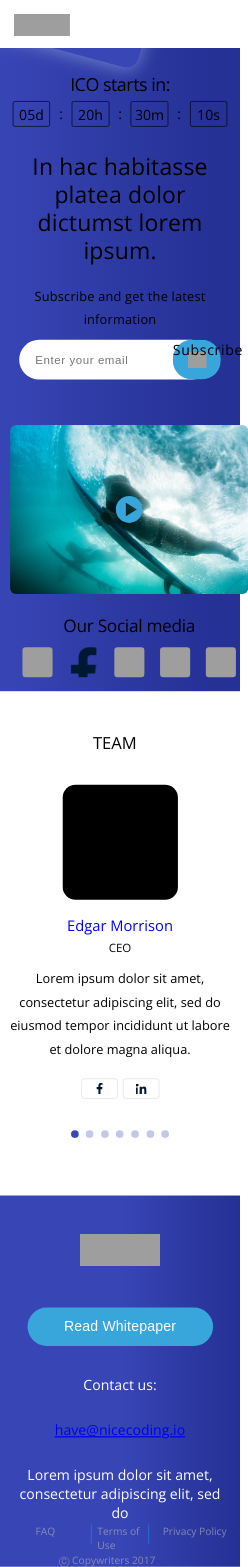
Repository: McGregorSt/newOne
Page: index.html
The author's editor kept a copy of each file at every save. The page is drawn from the files as they stood at one save, then again after the next save.
The browser window is 375 px wide. The page is 388 px wide, so the pictures cover 388 px, including what lies to the right of the window. The pictures show the whole page, at 64% of full size.
Pictures or frames that could not be fetched are drawn as grey boxes.

Above is the page before, as saved 2019-12-18 09:30:18.

### index.html
<!DOCTYPE html>
<html lang="en">
<head>
  <meta charset="UTF-8">
  <meta name="viewport" content="width=device-width, initial-scale=1.0">
  <meta http-equiv="X-UA-Compatible" content="ie=edge">
  <link rel="stylesheet" href="css/style.css">
  <link href="https://fonts.googleapis.com/css?family=Open+Sans:300,300i,400,400i,600,600i,700,700i,800,800i&display=swap" rel="stylesheet">
  <script
  src="https://code.jquery.com/jquery-3.4.1.js"
  integrity="sha256-WpOohJOqMqqyKL9FccASB9O0KwACQJpFTUBLTYOVvVU="
  crossorigin="anonymous"></script>
  <title>Ethworks</title>
</head>
<body>
    <section class="modal">
      <div class="modal__content">
        <iframe src="" frameborder="0" id="youtube"></iframe>
        <div class="overlay"></div>
      </div>
    </section>
    <section class="header">
      <div class="header__logo"></div>
      <ul class="header__menu">
        <li class="header__menu__item"><a href="#">Home</a></li>
        <li class="header__menu__item"><a href="#">Team</a></li>
        <li class="header__menu__item"><a href="#">Contact</a></li>
      </ul>
    </section>
    <section class="main">
        <div class="wrapper">
        <div class="subs">
          <div class="subs__timer">
            <span class="subs__timer__header">ICO starts in:</span>
            <div class="subs__timer__global">
              <div class="subs__timer__item subs__timer__item__dd">05d</div>
              <div class="subs__timer__item">:</div>
              <div class="subs__timer__item subs__timer__item__hh">20h</div>
              <div class="subs__timer__item">:</div>
              <div class="subs__timer__item subs__timer__item__mm">30m</div>
              <div class="subs__timer__item">:</div>
              <div class="subs__timer__item subs__timer__item__ss">15s</div>
            </div>
          </div>
          <div class="subs__article">In hac habitasse platea dolor dictumst lorem ipsum.</div>
          <div class="subs__email">
            <span class="subs__email__header">Subscribe and get the latest information</span>
            <div class="subs__email__content">
              <input type="email" class="subs__email__input" placeholder="Enter your email">
              <div class="subs__email__button">Subscribe</div>
            </div>
          </div>
        </div>

      <div class="media">
        <div class="media__media">
          <div class="media__player">
            <svg xmlns="http://www.w3.org/2000/svg" width="24" height="24" viewBox="0 0 24 24"><path d="M12 0c-6.627 0-12 5.373-12 12s5.373 12 12 12 12-5.373 12-12-5.373-12-12-12zm-3 18v-12l10 6-10 6z"/></svg>
          </div>
          <div class="media__social">
            <span class="media__social__header">Our Social media</span>
            <div class="media__social__items">
              <div class="media__social__item media__social__tt"></div>
              <div class="media__social__item media__social__fb"></div>
              <div class="media__social__item media__social__md"></div>
              <div class="media__social__item media__social__gh"></div>
              <div class="media__social__item media__social__mail"></div>
            </div>
          </div>
        </div>
    </div>
    </div>
    <div class="subs__subs"></div>
    </section>
    <section class="team">
      <div class="team__header">TEAM</div>
      <div class="team__cards">
        <div class="team__card">
          <div class="team__card__photo"></div>
          <div class="team__card__name">Edgar Morrison</div>
          <div class="team__card__title">CEO</div>
          <div class="team__card__description">Lorem ipsum dolor sit amet, consectetur adipiscing elit, sed do eiusmod tempor incididunt ut labore et dolore magna aliqua. </div>
          <div class="team__card__social">
            <div class="card__social__fb"></div>
            <div class="card__social__in"></div>
          </div>
        </div>
        <div class="team__card">
          <div class="team__card__photo"></div>
          <div class="team__card__name">Mae Martin</div>
          <div class="team__card__title">CTO</div>
          <div class="team__card__description">Lorem ipsum dolor sit amet, consectetur adipiscing elit, sed do eiusmod tempor incididunt ut labore et dolore magna aliqua. </div>
          <div class="team__card__social">
            <div class="card__social__fb"></div>
            <div class="card__social__in"></div>
          </div>
        </div>
        <div class="team__card">
          <div class="team__card__photo"></div>
          <div class="team__card__name">David Banks</div>
          <div class="team__card__title">CFO</div>
          <div class="team__card__description">Lorem ipsum dolor sit amet, consectetur adipiscing elit, sed do eiusmod tempor incididunt ut labore et dolore magna aliqua.</div>
          <div class="team__card__social">
            <div class="card__social__fb"></div>
            <div class="card__social__in"></div>
          </div>
        </div>
        <div class="team__card">
          <div class="team__card__photo"></div>
          <div class="team__card__name">Frederick Parsons</div>
          <div class="team__card__title">COO</div>
          <div class="team__card__description">Lorem ipsum dolor sit amet, consectetur adipiscing elit, sed do eiusmod tempor incididunt ut labore et dolore magna aliqua.</div>
          <div class="team__card__social">
            <div class="card__social__fb"></div>
            <div class="card__social__in"></div>
          </div>
        </div>
      </div>
      <div class="team__slider">
        <div class="team__slider--item"></div>
        <div class="team__slider--item"></div>
        <div class="team__slider--item"></div>
        <div class="team__slider--item"></div>
        <div class="team__slider--item"></div>
        <div class="team__slider--item"></div>
        <div class="team__slider--item"></div>
      </div>
    </section>
    <section class="footer">
      <div class="footer__main">
        <div class="footer__main__logo"></div>
        <!-- <div class="footer__main__whitepaper"> -->
          <a href="#">
            <button type="button" class="header__whitepaper__button">Read Whitepaper</button>
          </a>
        <!-- </div> -->
      </div>
        <div class="footer__contact">
          <span>Contact us:</span>
          <span><a href="mailto:#" class="footer__contact--a">have@nicecoding.io</a></span>
          <span>Lorem ipsum dolor sit amet, consectetur adipiscing elit, sed do</span>
        </div>


      <div class="footer__menu">
          <span class="footer__menu--span">&#9400 Copywriters 2017</span>
        <div class="footer__menu--menu">
          <div class="footer__menu__separator"></div>
          <div class="footer__menu__item">
            <a href="#" class="menu__item--a">FAQ</a>
          </div>
          <div class="footer__menu__separator"></div>
          <div class="footer__menu__item">
            <a href="#">Terms of Use</a>
          </div>
          <div class="footer__menu__separator"></div>
          <div class="footer__menu__item">
            <a href="#">Privacy Policy</a>
          </div>
        </div>
      </div>
    </section>
  </div>
</body>
<script src="js/app.js">


</script>
</html>

### css/style.css
body {
  margin: 0;
  padding: 0;
  box-sizing: border-box;
  font-family: 'Open Sans', sans-serif;
  overflow-y: scroll;
}
/* section header */
.header {
  height: 95px;
  margin: auto;
  margin-top: -5px;
  display: flex;
  justify-content: space-between;
  align-items: center;
  padding: 0 180px;
}
.header__logo {
  width: 125px;
  height: 50px;
  background-image: url('../Assets/logo/dark.svg');
  background-size: cover;
  position: relative;
  left: -5px;
  top: 3px;
}

.header__menu {
  list-style: none;
  display: flex;
  letter-spacing: 1.1px;
  /* font-weight: 300; */
  /* justify-content: space-between; */
  font-size: 20px;
}

@media (max-width: 414px) {

  .header {
    height: 80px;
    padding: 0;
  }
  .header__logo {
    top: 4px;
    left: 3px;
    /* height: 45px; */
    background-position: left center;
    transform: scale(0.7);
  }
  .header__menu {
    display: none;
  }
}

.header__menu__item a {
  padding: 0 0 0 54px;
  text-decoration: none;
  color: #000;
}

/*

section main

*/
.main {
  height: 935px;
  background: linear-gradient(90deg, rgba(56,69,181,1) 0%, rgba(37,49,149,1) 88%);

}

.wrapper {
  display: flex;
  position: relative;

}


.wrapper:after {
  content: "";
  width: 100%;
  height: 100%;
  background-image: url('../Assets/BG/Shape1@1x.svg');
  background-repeat: no-repeat;
  background-size: 75%;
  background-position-y: -95px;
  background-position-x: -10px;
  position: absolute;
  z-index: 2;
  /* filter: url('../Assets/BG/Shape1@1x.svg#filter-2')  */
}

.subs {

  width: 50%;
  font-size: 28px;
  display: flex;
  flex-direction: column;
  padding: 90px 0 60px 175px;
  position: relative;
  z-index: 99;
}
.subs__subs {
  /* width: 50%; */
  height: 800px;
  background-image: url('../Assets/BG/Shape2@1x.svg');
  background-size: 47%;
  top: -730px;
  left: -200px;
  background-position-y: -260px;
  background-position-x: 170px;
  background-repeat: no-repeat;
  position: relative;
  z-index: 1;
  /* filter: url('../Assets/BG/Shape2@1x.svg#filter-2') */
}


.subs__timer {
  /* background-color: thistle; */
  position: relative;
  z-index: 1;
}
.subs__timer__header {
  letter-spacing: -0.8px;
}
.subs__timer__global {
  width: 56.4%;
  display: flex;
  justify-content: space-between;
  padding: 15px 0 40px 0 ;
}
.subs__timer__global > div {
  width: 88px;
  height: 65px;
  display: flex;
  justify-content: center;
  align-items: center;
}
.subs__timer__item:nth-child(2n+2) {

}
.subs__timer__global > div:nth-child(2n+1) {
  width: 40%;
  border: 1px solid #000;
  font-size: 36px;
  border-radius: 7px;
}
.subs__article {
  font-size: 54px;
  letter-spacing: 0.2px;
  line-height: 83px;
  padding: 35px 0;
  /* background-color: wheat; */

}

.subs__email {
  /* background-color: yellow; */
  display: flex;
  flex-direction: column;
  font-size: 22px;
  letter-spacing: 0.3px;
  padding: 60px 0;
}
.subs__email__content {
  height: 100px;
  padding: 30px 0;
  display: flex;
}
.subs__email__input {
  height: 60%;
  width: 67%;
  border-radius: 40px;
  font-size: 22px;
  padding-left: 25px;
  letter-spacing: 0.9px;
  outline: none;
  border: 0;
}
.subs__email__input::placeholder {
  /* padding-left: 25px; */
}
.subs__email__button {
  height: 65%;
  width: 20%;
  background-color:#38A6DB;
  font-size: 22px;
  letter-spacing: 1.05px;
  border: 0;
  border-radius: 30px;
  position: relative;
  left: -200px;
}
.subs__email--sender {
  width: 50px;
  height: 50px;

  background-image: url('../Assets/Icon/Subscribe@1x.svg');
  background-size: cover;
  background-color: aliceblue;
}

@media (max-width: 414px) {
  .main {
    height: 1005px;

  }
  .wrapper {
    flex-wrap: wrap;
  }
  .subs {
    width: 100%;
    padding: 0;
    flex-direction: column;
    justify-self: center;

  }
  .subs > * {
    text-align: center;
    padding: 20px;
  }
  .subs__timer__header {
    position: relative;
    top: 17px;
  }
  .subs__timer__global {
    width: 100%;
    position: relative;
    top: 10px;
  }
  .subs__timer__global > div:nth-child(2n + 1) {
    width: 50%;
    height: 38px;
    font-size: 22px;
    border-radius: 3px;
  }
  .subs__timer__item:nth-child(2n) {
    font-size: 22px;
    height: 38px;
    width: 30%;
  }
  .subs__article {
    font-size: 36px;
    line-height: 44px;
    padding: 0 20px;
    position: relative;
    top: -10px;
  }
  .subs__email {
    padding: 0;
  }
  .subs__email__header {
    position: relative;
    top: 22px;
    font-size: 20px;
    padding: 0 20px;
    line-height: 36px;
  }
  .subs__email__content {
    justify-content: center;
    position: relative;
    top: 5px;
    /* padding: 0; */
  }
  .subs__email__input {
    width: 100%;
    position: relative;
    left: 30px;
    font-size: 18px;
    /* padding: 0; */
  }
  .subs__email__button {
    height: 62%;
    /* width: 18%; */
    position: relative;
    left: -30px;
    background-color: #38A6DB;
    background-image: url('../Assets/Icon/Subscribe@1x.svg');
    background-size: 40% 40%;
    background-position: center center;
    background-repeat: no-repeat;
    /* transform: scale(0.8); */
  }
  .subs__email__button:before {
    content: '';
    background-color: brown;
    width: 300px;
    height: 300px;
    z-index: 995;
  }
}

.modal {
  display: none;
}
#youtube {
  width: 800px;
  height: 500px;
  background: rgb(0, 0, 0);
  position: absolute;
  left: 50%;
  top: 50%;
  transform: translate(-50%, -50%);
  z-index: 999;
}
.overlay {
  display: block;
  width: 100%;
  height: 100%;
  background: rgba(0, 0, 0, 0.4);
  position: fixed;
  top: 0;
  left: 0;
  z-index: 998;
}
.media {
  /* height: 80%; */
  width: 50%;
  /* background-color: tomato; */
}
.media__media {
  height: 100%;
  /* display: flex;
  flex-direction: column; */
  /* justify-content: space-around; */
  padding: 235px 0 0 60px;
}
.media__player {
  width: 620px;
  height: 440px;
  display: flex;
  justify-content: center;
  align-items: center;
  background-color: rgba(15, 51, 47, 0.411);
  background-image: url('../Assets/player/27230166476_3c7a942ccc_c.jpg');
  position: relative;
  z-index: 20;
}
.media__player svg {
  width: 70px;
  height: 70px;
  fill: #38A6DB;
}
.media__social {
  width: 620px;
  height: 23%;
  display: flex;
  flex-direction: column;
  align-items: flex-end;
  justify-content: center;
  /* background-color: orangered; */
}
.media__social__header {
  font-size: 26px;
  padding: 80px 0 16px 0;

}
.media__social__items {
  width: 56.3%;
  display: flex;
  justify-content: space-between;
}
.media__social__item {
  width: 47px;
  height: 47px;
  border-radius: 5px;
  background-size: cover;
}
.media__social__tt {
  background-image: url('../Assets/Social icons/Twitter@1x.svg');
}
.media__social__fb {
  background-image: url('../Assets/Social icons/Facebook@1x.svg');
}
.media__social__md {
  background-image: url('../Assets/Social icons/Medium@1x.svg');
}
.media__social__gh {
  background-image: url('../Assets/Social icons/Github@1x.svg');
}
.media__social__mail {
  background-image: url('../Assets/Social icons/Telegram@1x.svg');
}

@media (max-width: 414px) {
  .media {
    height: 20px;
  }
  .media__media {
    transform: scale(0.5);
    padding: 0;
    margin: 0;
  }
  .media__player {
    transform: scale(1.2);
    border-radius: 15px;
    position: relative;
    top: 50px;
  }
  .media__social {
    justify-content: center;
    align-items: center;
    margin-top: 200px;
  }
  .media__social__header {
    font-size: 54px;
    letter-spacing: -1px;
  }
  .media__social__items {
    width: 100%;
    margin-top: 40px;
  }
  .media__social__item {
    transform: scale(2);
  }
}


/*
section team
*/

.team {
  display: flex;
  flex-direction: column;
  align-items: center;
  padding: 95px 0 50px 0;
}
.team__header {
  font-size: 26px;
  position: relative;
  left: 20px;
}
.team__cards {
  display: flex;
  justify-content: space-between;
  padding: 60px 0;
}
.team__card {
  height: 500px;
  width: 360px;
  display: flex;
  flex-direction: column;
  justify-content: space-between;
  align-items: center;
  margin: 0 10px;
  /* background-color: palegreen; */
  padding: 5px 10px
}
.team__card__photo {
  width: 180px;
  height: 180px;
  border-radius: 20px;
  background-color: black;

}
.team__card__name {
  font-size: 23px;
  color: blue;
  /* position: relative;
  top: -10px; */
}
.team__card__title {
  font-size: 18px;
  position: relative;
  top: -20px;
}
.team__card__description {
  font-size: 20px;
  text-align: center;
  line-height: 38px;
  position: relative;
  top: -10px;
  padding: 0 5px;
}
.team__card__social {
  display: flex;
  justify-content: space-between;
}
.team__card__social > * {
  width: 55px;
  height: 30px;
  border: 1px solid #ddd;
  border-radius: 5px;
  margin: 4px;
}
.card__social__fb {
  background-image: url('../Assets//Profil/Facebook@1x.svg');
  background-position: center center;
  background-size:20%;

  background-repeat: no-repeat;
}
.card__social__in {
  background-image: url('../Assets//Profil/linkedin@1x.svg');
  background-position: center center;
  background-size:30%;
  background-repeat: no-repeat;

}
.team__slider {
  display: none;
}

@media (max-width: 414px) {
  .team {
    padding: 0;
  }
  .team__header {
    top: 62px;
    left: -8px;
  }
  .team__card:nth-child(n+2) {
    display: none;
  }
  .team__card {
    position: relative;
    top: 45px;
  }
  .team__card__name {
    position: relative;
    top: 10px;
  }
  .team__card__title {
    margin-top: 25px;
  }
  .team__card__description {
    top: -15px;
    line-height: 37px;
  }
  .team__card__social {
    position: relative;
    top: -5px;
  }
  .team__slider {
    width: 44%;
    display: flex;
    justify-content: space-around;
    margin: 20px 0 90px 0;
  }
  .team__slider--item {
    width: 12px;
    height: 12px;
    border-radius: 6px;
    background-color: rgba(56,69,181,0.3);
  }
  .team__slider--item:first-child {
    background-color: rgba(56,69,181,1);

  }
}


/*
section footer
*/

.footer {
  /* display: flex;
  flex-direction: column;
  align-items: center; */
  color: white;
  background: linear-gradient(90deg, rgba(56,69,181,1) 50%, rgba(37,49,149,1) 99%);
}
.footer__main {
  /* height: 410px; */
  display: flex;
  justify-content: space-between;
  padding: 0 180px;
}

/* .footer__header {
  height: 123px;
  width: 100%;
  background-color: cornflowerblue;
  display: flex;
  justify-content: space-between;
  align-items: center;
} */
.footer__main__logo {
  width: 10%;
  margin-top: 30px;
  width: 125px;
  height: 50px;
  background-image: url('../Assets/logo/Light.svg');
  background-size: cover;
  position: relative;
  left: -5px;
  top: 3px;

}
.footer__contact {
  width: 500px;
  height: 290px;
  margin: auto;
  /* background-color: crimson; */
  display: flex;
  flex-direction: column;
  align-items: center;
  /* position: relative; */
  /* left: - 90px; */
}
.footer__main__whitepaper {
  width: 19%;
  /* background-color: darkgreen; */
  /* padding-top: 33px; */
}



.footer__menu {
  height: 60px;
  /* background-color: darkgoldenrod; */
  width:55%;
  margin: auto;
  font-size: 19px;
  display: flex;
  justify-content: space-between;
  padding-top: 10px;
}
.header__whitepaper__button {
  height: 60px;
  width: 290px;
  background-color:#38A6DB;
  font-size: 22px;
  letter-spacing: 0.25px;
  border: 0;
  border-radius: 30px;
  position: relative;
  top: 30px;
  color: white;
}
.footer__contact > span {
  margin-bottom: 40px;
  font-size: 22px;
  text-align: center;
  position: relative;
  top: -5px;
  left: -15px;
}
.footer__main__contact > span > a {
  font-size: 26px;
  color: #1F86ED;
  letter-spacing: 0.7px;
  position: relative;
  top: -6px;
}
.footer__main__contact > span:last-child {
  font-size: 21px;
  top: -20px;
}
.footer__menu {
  color: rgba(189, 189, 189, 0.6);

}
.footer__menu__item, .footer__menu__item > a {
  width: 35%;
  display: flex;
  justify-content: center;
  color: rgba(189, 189, 189, 0.6);
  text-decoration: none;
}
.footer__menu--span {
  width: 25%;
  padding-right: 35px;
  margin-left: -20px;

}
.footer__menu__separator {
  width: 3px;
  height: 30px;
  background-color: #1F86ED;
}

@media (max-width: 414px) {
  .footer__main {
    padding: 60px 0 0 0;
    flex-direction: column;
    justify-content: center;
  }
  .footer__main > * {
    left: 0;
    top: 0;
    margin: auto;
  }
  .footer__contact {
    width: 90%;
    margin-top: 50px;
  }
  .footer__contact > span {
    top: 60px;
    left: 0;
  }
  .footer__main > a {
    position: relative;
    top: 35px;
  }
  .footer__menu {
    width: 100%;
    display: flex;
    flex-direction: column-reverse;
    font-size: 16px;
    align-content: center;
  }
  .footer__menu__item, .footer__menu__item > a {
    width: 80%;
  }
  .footer__menu__item:nth-child(4)  {
    width: 50%;
  }
  .footer__menu--menu {
    width: 100%;
    display: flex;
  }
  .footer__menu__separator:first-child {
    display: none;
  }
  .footer__menu--span {
    width: 100%;
    padding: 0;
    text-align: center;
  }
}

### js/app.js
let chi = document.querySelectorAll('.subs__timer__global:nth-child(2n+1)')
console.log(chi)

$(document).ready(function() {
  $('.media__player svg').on('click', function() {
   let src = 'https://www.youtube.com/embed/SJ7Q6Gd1rJE?autoplay=1&rel=0'
    $('#youtube').attr('src', src)
    $('.modal').toggleClass('overlay')
  })
  function modalHide() {
    $('#youtube').attr('src', '')
    $('.modal').toggleClass('overlay')

  }
  $('.overlay').on('click', modalHide)

  const initialWatch = {
    seconds: 15,
    minutes: 30,
    hours: 20,
    days: 5
  }

  const countDownWatch = {
    seconds: initialWatch.seconds,
    minutes: initialWatch.minutes,
    hours: initialWatch.hours,
    days: initialWatch.days
  }
  const seconds = $('.subs__timer__item__ss')
  const minutes = $('.subs__timer__item__mm')
  const hours = $('.subs__timer__item__hh')
  const days = $('.subs__timer__item__dd')

  const tick = 1000
  let sec = setInterval(() => {
    countDownWatch.seconds -= 1000 / 1000
    if (countDownWatch.seconds < 0){
      countDownWatch.minutes -= 1
      countDownWatch.seconds = 59
      if (countDownWatch.minutes < 0) {
        countDownWatch.hours -= 1
        countDownWatch.minutes = 59
        if (countDownWatch.hours < 0) {
          countDownWatch.days -= 1
          countDownWatch.hours = 23
        }
      }

    } else if (
      countDownWatch.days === 0 &&
      countDownWatch.hours === 0 &&
      countDownWatch.minutes === 0 &&
      countDownWatch.seconds === 0
      ) {
        clearInterval(sec)
      }

      // function toRender(units) {
      //   $(this) = units
      //   console.log(this.units)
      //   if (this.countDownWatch.units < 10){
      //     return this.units.html(`0${this.countDownWatch.units}s`)
      //   } else {
      //     return this.units.html(`${this.countDownWatch.units}s`)
      //   }
      // }

      seconds.html(countDownWatch.seconds < 10 ? `0${countDownWatch.seconds}s` : `${countDownWatch.seconds}s`)
      minutes.html(countDownWatch.minutes < 10 ? `0${countDownWatch.minutes}m` : `${countDownWatch.minutes}m`)
      hours.html(countDownWatch.hours < 10 ? `0${countDownWatch.hours}h` : `${countDownWatch.hours}h`)
      days.html(countDownWatch.days < 10 ? `0${countDownWatch.days}d` : `${countDownWatch.days}d`)
  }, tick)

    let windowWidth = window.screen.width
    const menuItem = $('.footer__menu__item')
    let faq = menuItem[0]
    let termsOfUse = menuItem[1]
    let contactUs = $('.footer__contact--a')

    if (windowWidth < 415) {
      $('.subs__email__button').html('')
      faq.innerText = 'Terms of Use'
      termsOfUse.innerText = 'FAQ'
      contactUs[0].innerText = 'hello@stay.io'
    }
    console.log($('.footer__menu__item'))
})

### Assets/BG/Shape1@1x.svg
<?xml version="1.0" encoding="UTF-8"?>
<svg width="1072px" height="582px" viewBox="0 0 1072 582" version="1.1" xmlns="http://www.w3.org/2000/svg" xmlns:xlink="http://www.w3.org/1999/xlink">
    <!-- Generator: Sketch 47.1 (45422) - http://www.bohemiancoding.com/sketch -->
    <title>BG/Shape1@1x</title>
    <desc>Created with Sketch.</desc>
    <defs>
        <path d="M982.285156,102 L982.285156,370.03125 L210.193802,575.356423 L210.193802,575.356423 C169.990097,586.047947 128.661819,562.429109 117.465781,522.362973 L-9.09494702e-13,102 L982.285156,102 Z" id="path-1"></path>
        <filter x="-16.7%" y="-32.3%" width="133.5%" height="169.1%" filterUnits="objectBoundingBox" id="filter-2">
            <feOffset dx="0" dy="11" in="SourceAlpha" result="shadowOffsetOuter1"></feOffset>
            <feGaussianBlur stdDeviation="53" in="shadowOffsetOuter1" result="shadowBlurOuter1"></feGaussianBlur>
            <feColorMatrix values="0 0 0 0 0.164705882   0 0 0 0 0.219607843   0 0 0 0 0.615686275  0 0 0 1 0" type="matrix" in="shadowBlurOuter1"></feColorMatrix>
        </filter>
    </defs>
    <g id="Page-1" stroke="none" stroke-width="1" fill="none" fill-rule="evenodd">
        <g id="FRONTENT-ZADANIE2">
            <g id="//BG" transform="translate(0.000000, -102.000000)">
                <g id="header-bg">
                    <g id="Rectangle">
                        <g id="BG/Shape1" transform="translate(491.142578, 339.963586) scale(-1, 1) translate(-491.142578, -339.963586) ">
                            <use fill="black" fill-opacity="1" filter="url(#filter-2)" xlink:href="#path-1"></use>
                            <use fill="#3947B6" fill-rule="evenodd" xlink:href="#path-1"></use>
                        </g>
                    </g>
                </g>
            </g>
        </g>
    </g>
</svg>

After the next save:
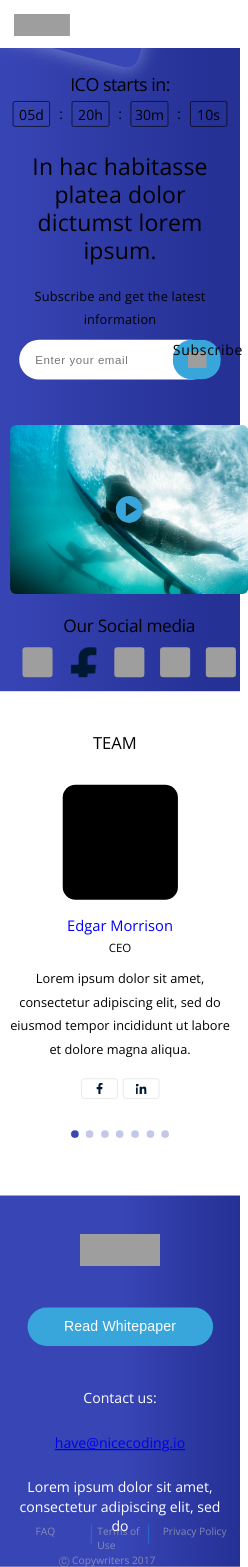
Saved 13 s later.
--- a/css/style.css
+++ b/css/style.css
@@ -689,7 +689,7 @@ section footer
     margin-top: 50px;
   }
   .footer__contact > span {
-    top: 60px;
+    top: 80px;
     left: 0;
   }
   .footer__main > a {
